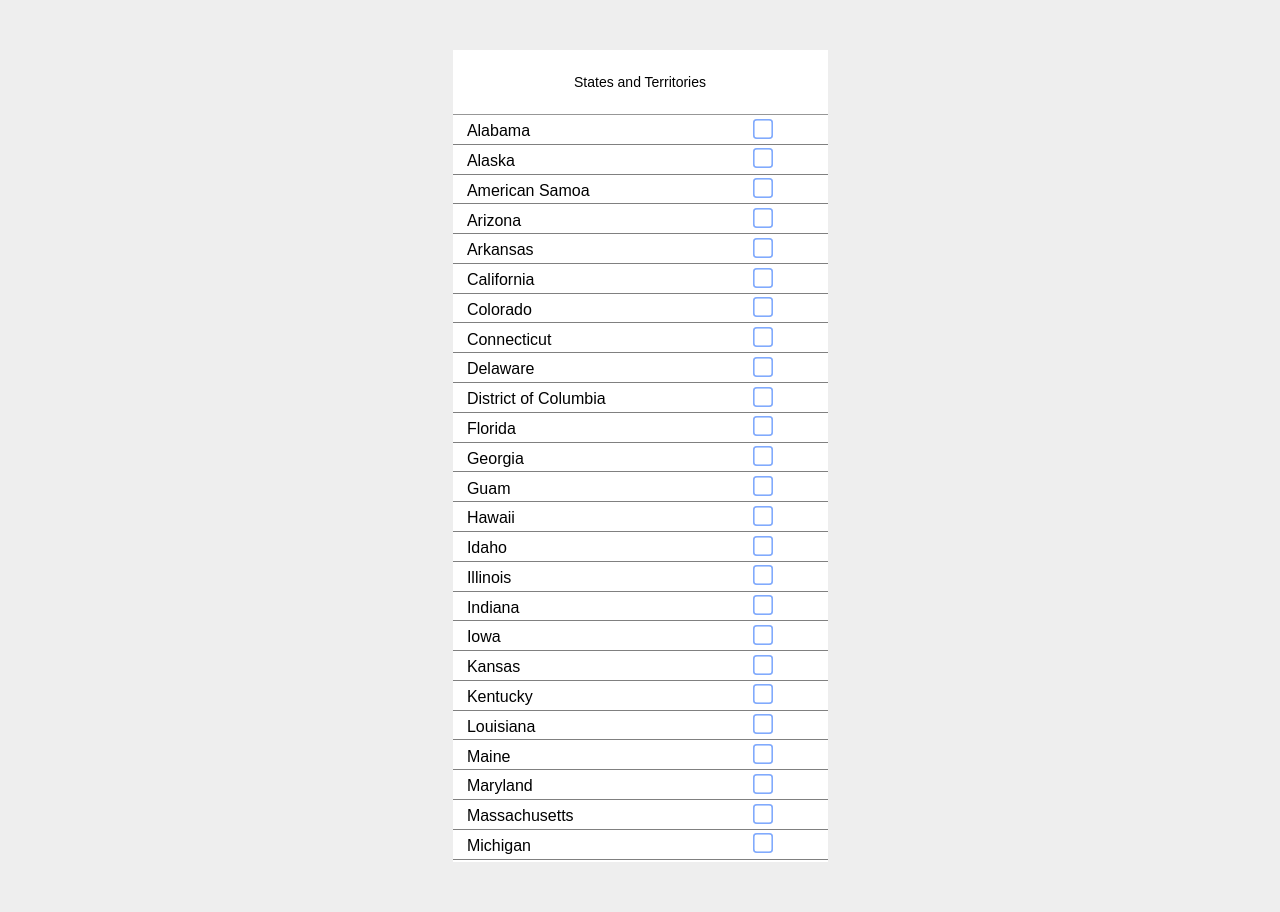
Repository: zitac234/codingTest
Page: /
These files come from the project's save history. The page is drawn as it stood at one moment and after the next save; the edit follows.
The browser window is 1280 px wide. The pictures show the whole page.
The project was rebuilt for these pictures with package versions that can differ from the ones it lists, and the page was loaded fresh each time.

Above is the page before, as saved 2021-03-31 15:29:45.

After the next save:
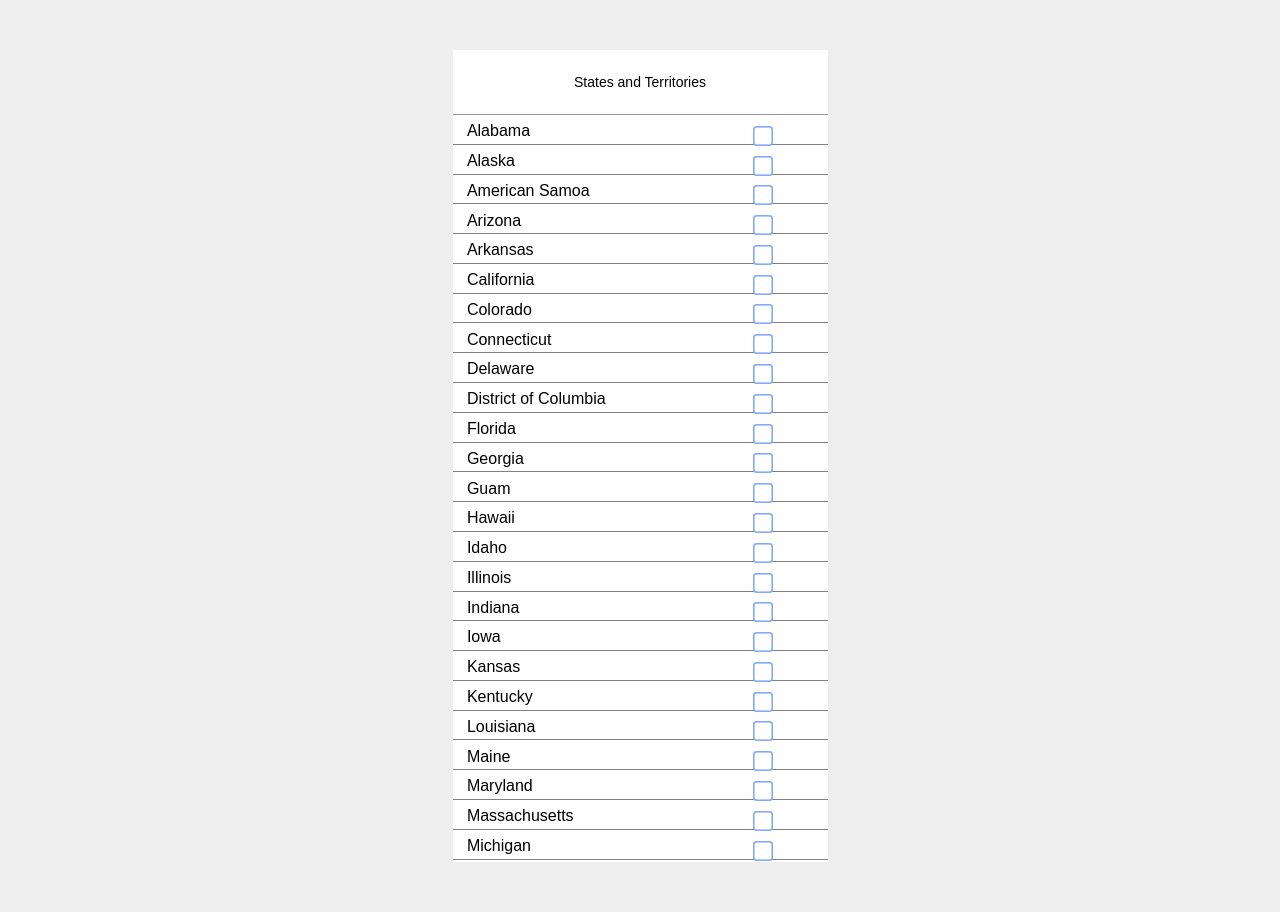
Saved 10 s later.
--- a/src/List.css
+++ b/src/List.css
@@ -9,7 +9,7 @@
 }
 .checkbox{
   margin-left: 80%;
-  margin-top: -3vh;
+  margin-top: -2vh;
 }
 .state{
   margin-left: 2vh;
